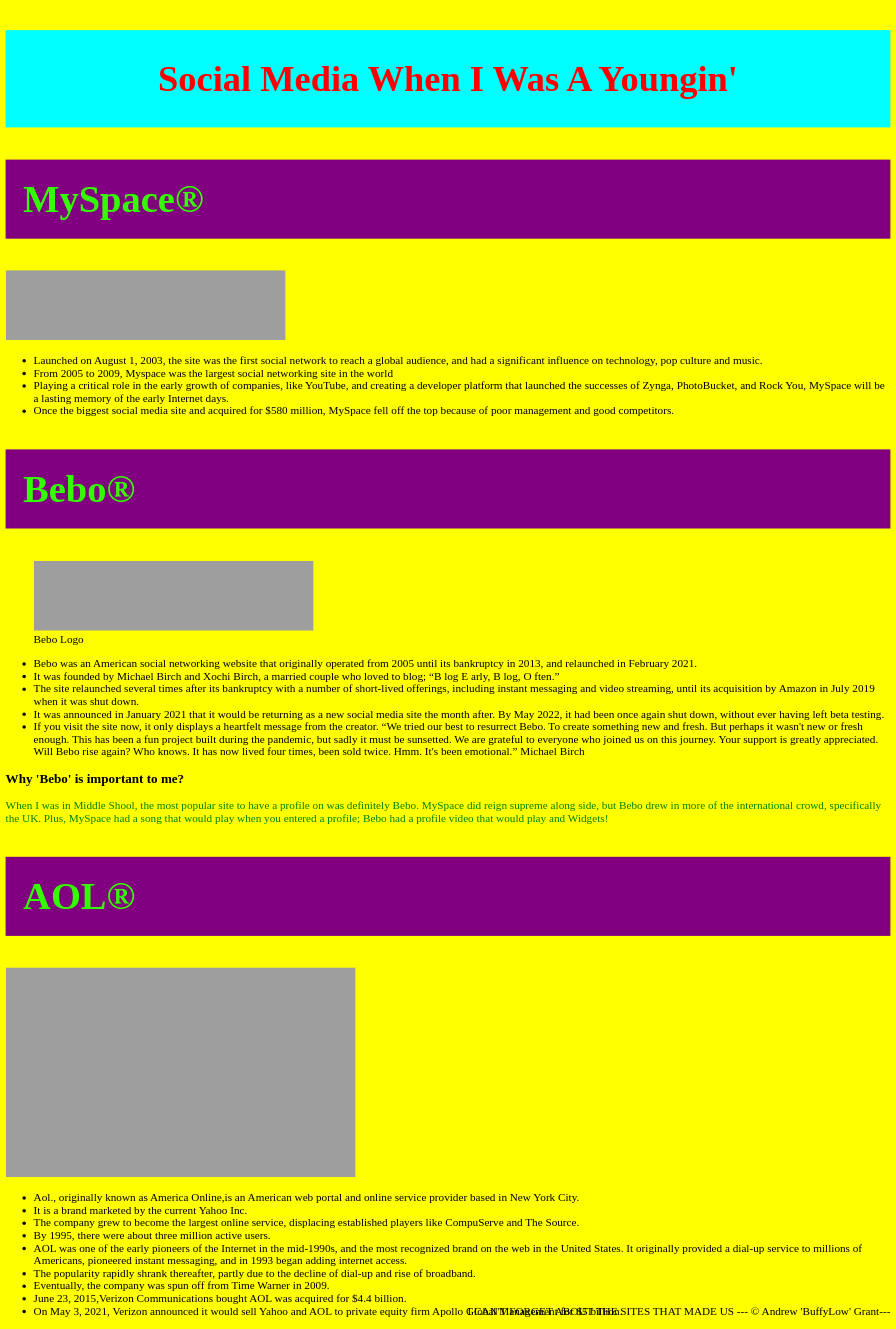
Repository: AndrewGrantt/LC101
Page: LC101/js-assignment-4-html-me-something-buffylow/index.html
These files come from the project's save history. The page is drawn as it stood at one moment and after the next save; the edit follows.
The browser window is 1280 px wide. The pictures show the whole page, at 70% of full size.
Pictures or frames that could not be fetched are drawn as grey boxes.

Above is the page before, as saved 2022-07-19 00:14:42.

### LC101/js-assignment-4-html-me-something-buffylow/index.html
<!DOCTYPE html>
<header>
<title>SOCIAL NETWORKS FOR THE AGES</title>
</header>
<link rel="stylesheet" href="styles.css">
<body>
  <main>

<article class="all-sites">
   <h1 element id="mainHeading">Social Media When I Was A Youngin'</h1>

   <section1>
    <h2 id="headcolor">MySpace&reg;</h2>
    <img src="./Images/MySpace_logo.JPG" alt="MySpace Logo 2004-2010" width="400" height="100">
    <p>
     <ul>
      <li>Launched on August 1, 2003, the site was the first social network to reach a global audience, and had a significant influence on technology, pop culture and music.</li>

      <li>From 2005 to 2009, Myspace was the largest social networking site in the world</li>

      <li>Playing a critical role in the early growth of companies, like YouTube, and creating a developer platform that launched the successes of Zynga, PhotoBucket, and Rock You, MySpace will be a lasting memory of the early Internet days. </li>

      <li> Once the biggest social media site and acquired for $580 million, MySpace fell off the top because of poor management and good competitors. </li>
     </ul>
   </p>
   </section>

    <section2>
    <h2 id="headcolor">Bebo&reg;</h2>
    <figure>
      <img src="./Images/bebo.JPG" alt="Bebo Logo" width="400" height="100">
      <figcaption>Bebo Logo</a></figcaption>
   </figure>
    <p>
    <ul>
      <li>Bebo was an American social networking website that originally operated from 2005 until its bankruptcy in 2013, and relaunched in February 2021.</li>
          <li>It was founded by Michael Birch and Xochi Birch, a married couple who loved to blog;
          “B log E arly, B log, O ften.” </li>
      <li>The site relaunched several times after its bankruptcy with a number of short-lived offerings, including instant messaging and video streaming, until its acquisition by Amazon in July 2019 when it was shut down. </li>
      <li>It was announced in January 2021 that it would be returning as a new social media site the month after. By May 2022, it had been once again shut down, without ever having left beta testing. </li>
     <li> If you visit the site now, it only displays a heartfelt message from the creator.


      “We tried our best to resurrect Bebo.
      To create something new and fresh.
      But perhaps it wasn't new or fresh enough.
      This has been a fun project built during the pandemic, but sadly it must be sunsetted. We are grateful to everyone who joined us on this journey. Your support is greatly appreciated.
      Will Bebo rise again?
      Who knows. It has now lived four times, been sold twice. Hmm.
      It's been emotional.”

      Michael Birch</li>
   </ul>
   </p>
    </section>

    <section3>
      <h3 > Why 'Bebo' is important to me?</h3>
      <p id="testP" element class="funParagraph">
         When I was in Middle Shool, the most popular site to have a profile on was definitely Bebo. MySpace did reign supreme along side, but Bebo drew in more of the international crowd, specifically the UK.  Plus, MySpace had a song that would play when you entered a profile; Bebo had a profile video that would play and Widgets!
      </p>
    </section>

    <section4>
    <h2 id="headcolor">AOL&reg;</h2>
    <img src="./Images/AOL.JPG" alt="AOL Logo" width="500" height="300">
    <p>
      <ul>
      <li>Aol., originally known as America Online,is an American web portal and online service provider based in New York City.</li>
      <li>It is a brand marketed by the current Yahoo Inc.</li>
      <li>The company grew to become the largest online service, displacing established players like CompuServe and The Source. </li>
      <li>By 1995, there were about three million active users.</li>
      <li>AOL was one of the early pioneers of the Internet in the mid-1990s, and the most recognized brand on the web in the United States. It originally provided a dial-up service to millions of Americans, pioneered instant messaging, and in 1993 began adding internet access.</li>
       <li>The popularity rapidly shrank thereafter, partly due to the decline of dial-up and rise of broadband.</li>
      <li>Eventually, the company was spun off from Time Warner in 2009.</li>
      <li>June 23, 2015,Verizon Communications bought AOL was acquired for $4.4 billion.</li>
      <li>On May 3, 2021, Verizon announced it would sell Yahoo and AOL to private equity firm Apollo Global Management for $5 billion.</li>
      </ul>
      </p>
    </section>

</article>
  </main>
</body>
<footer id="foot" >
   I CAN'T FORGET ABOUT THE SITES THAT MADE US

  --- &copy; Andrew 'BuffyLow' Grant---
</footer>

</html>

### LC101/js-assignment-4-html-me-something-buffylow/styles.css

body {
    background-color:yellow;
    margin: 8px;
    display: block;
    position: relative;
  }

    .sites {
    color: purple;
    text-align: left;
    padding: 35px;
    background-color: lime
    font-size 45px;
  }
  #mainHeading {
    background-color:aqua;
    color: red;
    padding: 40px;
    text-align: center;
    font-size: 52px;
  }

    .funParagraph{
        color:green
    }
    #headcolor{
        color:rgb(51, 255, 0);
        padding: 25px;
        background-color: purple;
        font-size: 55px;

    }
    #foot{
      color:black;
      text-align:center;
  }
  footer {
    position: absolute;
    right: 0;bottom:0;left:75;
  }

After the next save:
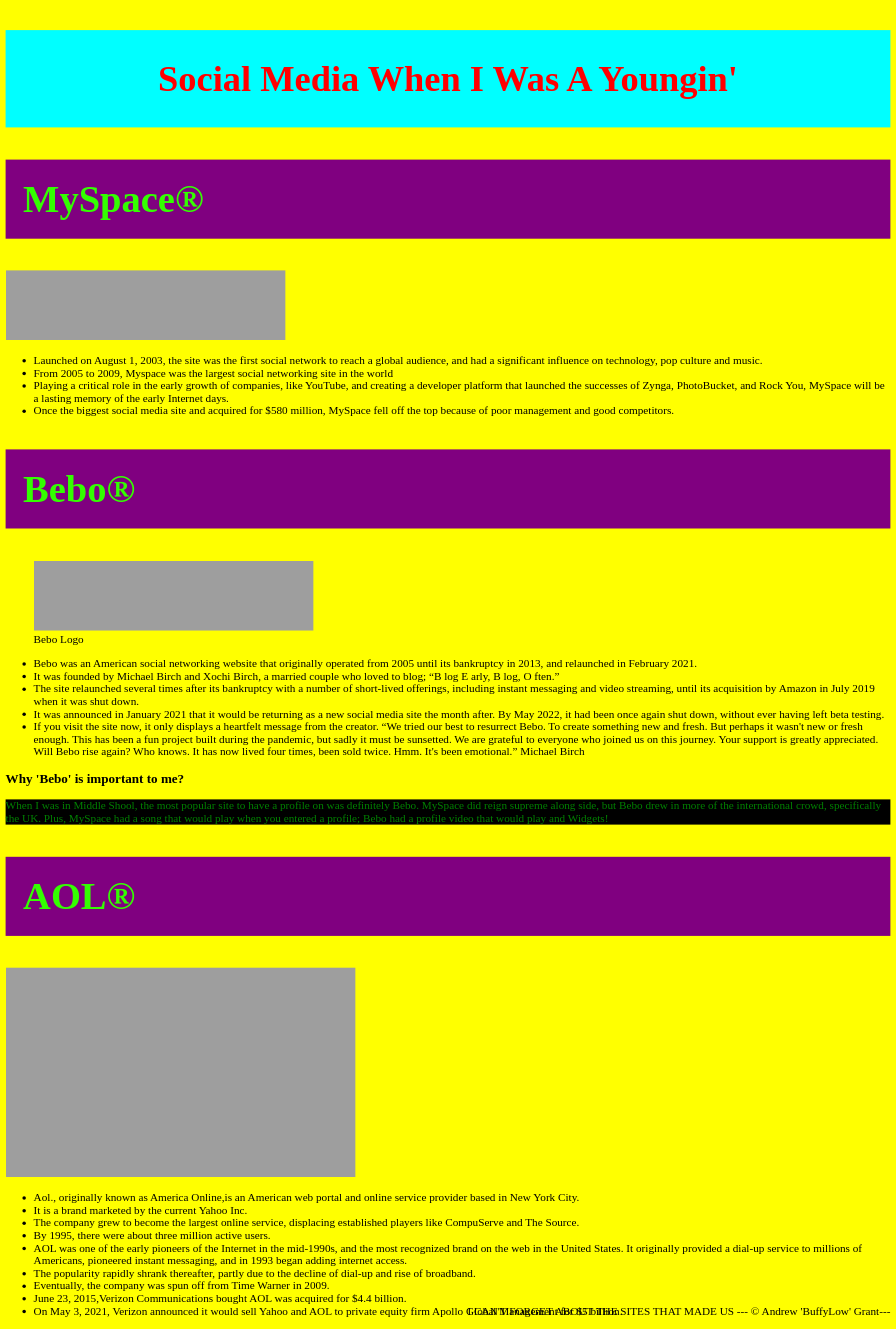
Saved 8 min 3 s later.
--- a/LC101/js-assignment-4-html-me-something-buffylow/styles.css
+++ b/LC101/js-assignment-4-html-me-something-buffylow/styles.css
@@ -22,7 +22,12 @@
   }
 
     .funParagraph{
-        color:green
+
+    color: green;
+    position: center;
+    background-color: black;
+
+
     }
     #headcolor{
         color:rgb(51, 255, 0);
